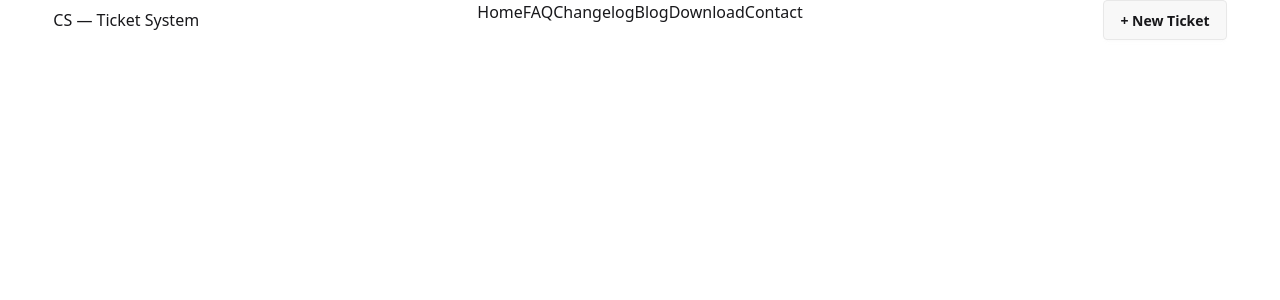
Repository: SanjidaSnigdha/Customer-Support-Zone
Page: /
These files come from the project's save history. The page is drawn as it stood at one moment and after the next save; the edit follows.
The browser window is 1280 px wide. The pictures show the whole page.
The project was rebuilt for these pictures with package versions that can differ from the ones it lists, and the page was loaded fresh each time. Also part of the build but not shown: vite.config.js, src/App.css.

Above is the page before, as saved 2026-03-24 01:20:43.

### index.html
<!doctype html>
<html lang="en">
  <head>
    <meta charset="UTF-8" />
    <link rel="icon" type="image/svg+xml" href="/favicon.svg" />
    <meta name="viewport" content="width=device-width, initial-scale=1.0" />
    <title>customer-support-zone</title>
  </head>
  <body>
    <div id="root"></div>
    <script type="module" src="/src/main.jsx"></script>
  </body>
</html>

### src/index.css
 @import "tailwindcss";
 @plugin "daisyui" {
  themes: light --default, dark --prefersdark;
  themes: light --default;
 }

### src/App.jsx
import { useState } from 'react'
import './App.css'
import Navbar from './component/Navbar/Navbar'

function App() {
  const [count, setCount] = useState(0)

  return (
    <>
   <Navbar></Navbar>
    </>
  )
}

export default App

### src/component/Navbar/Navbar.jsx
import React from 'react';

const Navbar = () => {
    return (
        <div className='flex justify-between w-11/12 mx-auto'>
            <div className='navbar-start'>
                <h1>CS — Ticket System</h1>
            </div>
            <div className='navbar-middle justify-between gap-3'>
                <a>Home</a>
                <a>FAQ</a>
                <a>Changelog</a>
                <a>Blog</a>
                <a>Download</a>
                <a>Contact</a>
            </div>
            <div className='navbar-end'>
                <button className='btn'>+ New Ticket</button>
            </div>
        </div>
    );
};

export default Navbar;

Loaded but not shown: src/main.jsx (common file)

After the next save:
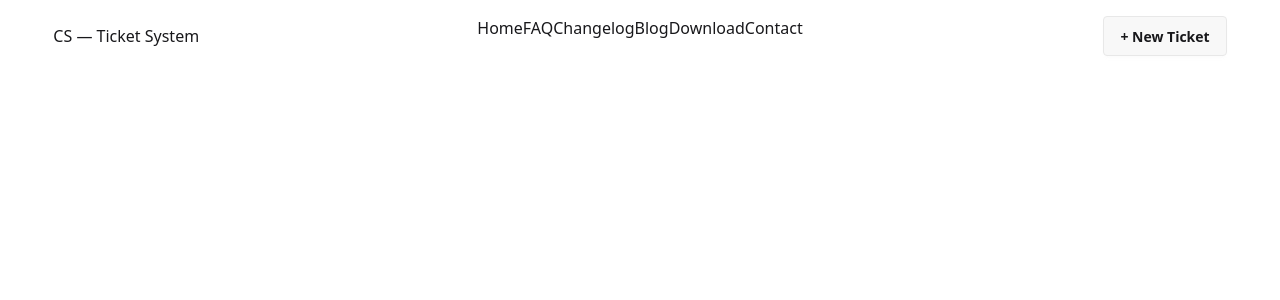
Saved 19 s later.
--- a/src/component/Navbar/Navbar.jsx
+++ b/src/component/Navbar/Navbar.jsx
@@ -2,7 +2,7 @@ import React from 'react';
 
 const Navbar = () => {
     return (
-        <div className='flex justify-between w-11/12 mx-auto'>
+        <div className='flex justify-between w-11/12 mx-auto mt-4'>
             <div className='navbar-start'>
                 <h1>CS — Ticket System</h1>
             </div>
